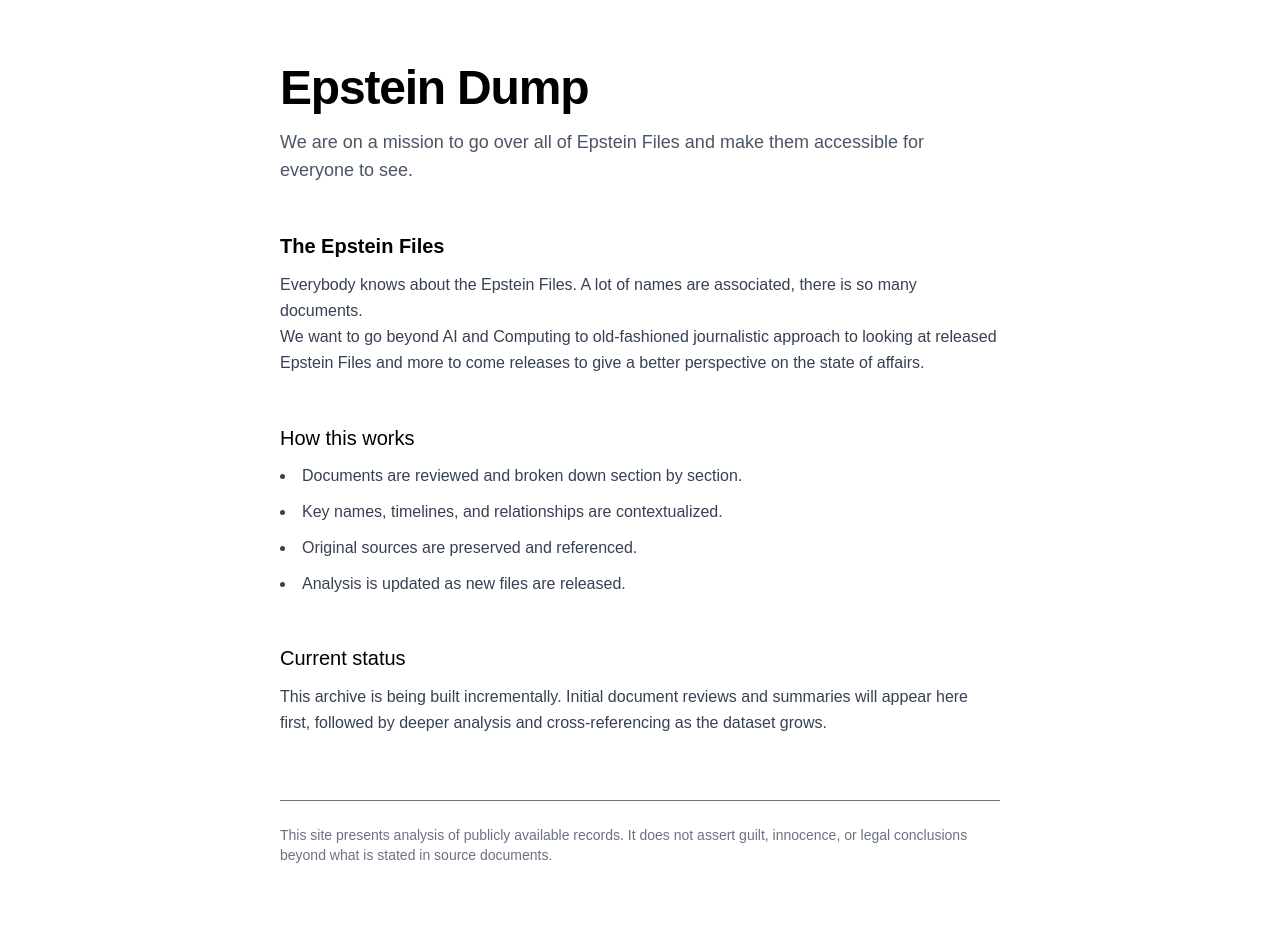
Repository: dayvoid97/epsteindump
Page: /
These files come from the project's save history. The page is drawn as it stood at one moment and after the next save; the edit follows.
The browser window is 1280 px wide. The pictures show the whole page.
The project was rebuilt for these pictures with package versions that can differ from the ones it lists, and the page was loaded fresh each time. The framework's server and built-in components were replaced by stand-ins that run in the browser. Also part of the build but not shown: next.config.ts.

Above is the page before, as saved 2026-02-02 01:18:57.

After the next save:
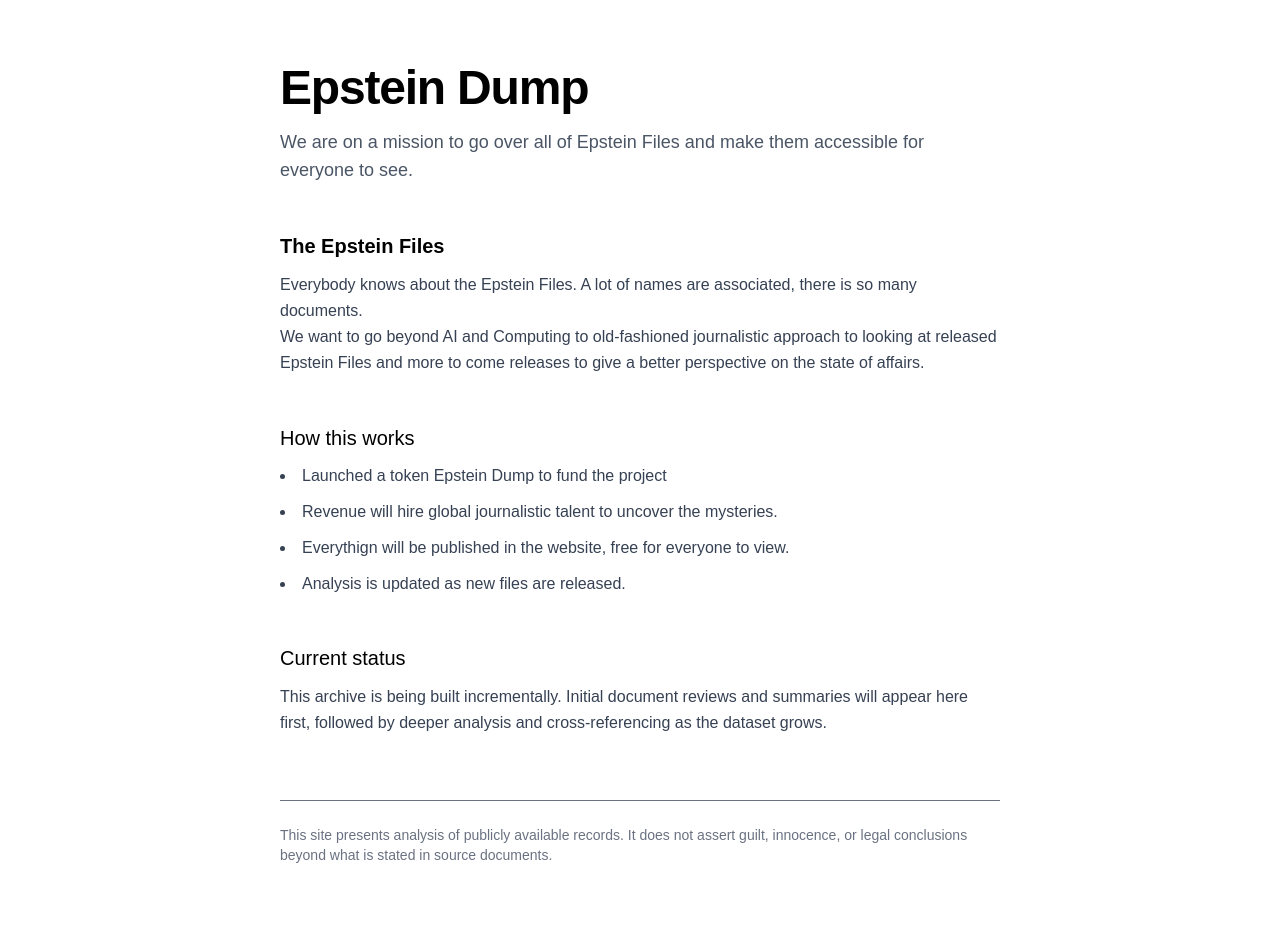
Saved 79 s later.
--- a/app/page.tsx
+++ b/app/page.tsx
@@ -30,9 +30,9 @@
         <section className="mb-12">
           <h2 className="text-xl font-medium mb-3">How this works</h2>
           <ul className="space-y-3 text-gray-700 list-disc list-inside">
-            <li>Documents are reviewed and broken down section by section.</li>
-            <li>Key names, timelines, and relationships are contextualized.</li>
-            <li>Original sources are preserved and referenced.</li>
+            <li>Launched a token Epstein Dump to fund the project</li>
+            <li>Revenue will hire global journalistic talent to uncover the mysteries. </li>
+            <li>Everythign will be published in the website, free for everyone to view. </li>
             <li>Analysis is updated as new files are released.</li>
           </ul>
         </section>
